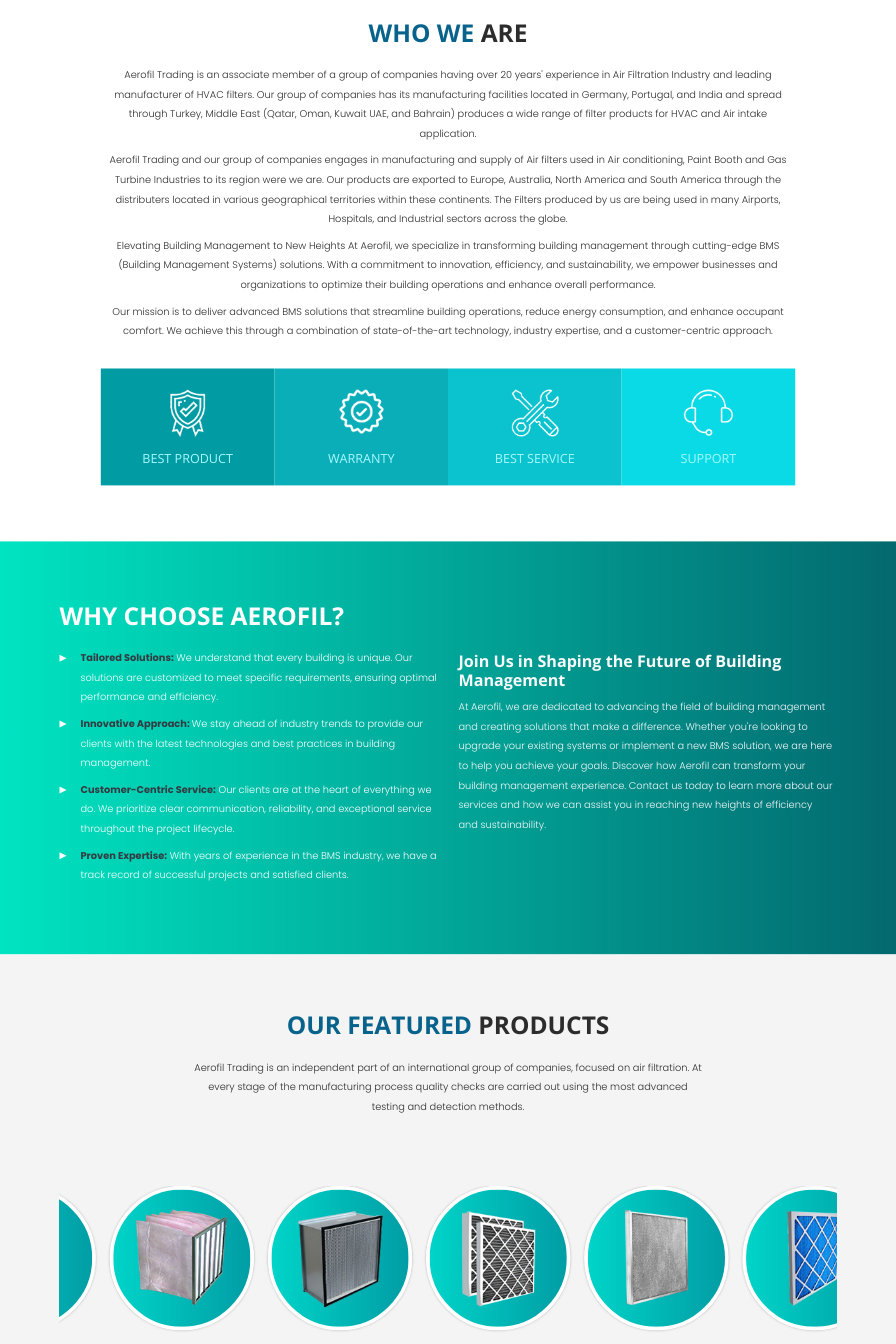
Repository: aslamvrtly/aerofil
Page: index.html
These files come from the project's save history. The page is drawn as it stood at one moment and after the next save; the edit follows.
The browser window is 1280 px wide. The pictures show the part of the page from y = 768 to 2688 px (the page is 5238 px tall), at 70% of full size.

Above is the page before, as saved 2024-09-04 21:08:23.

After the next save:
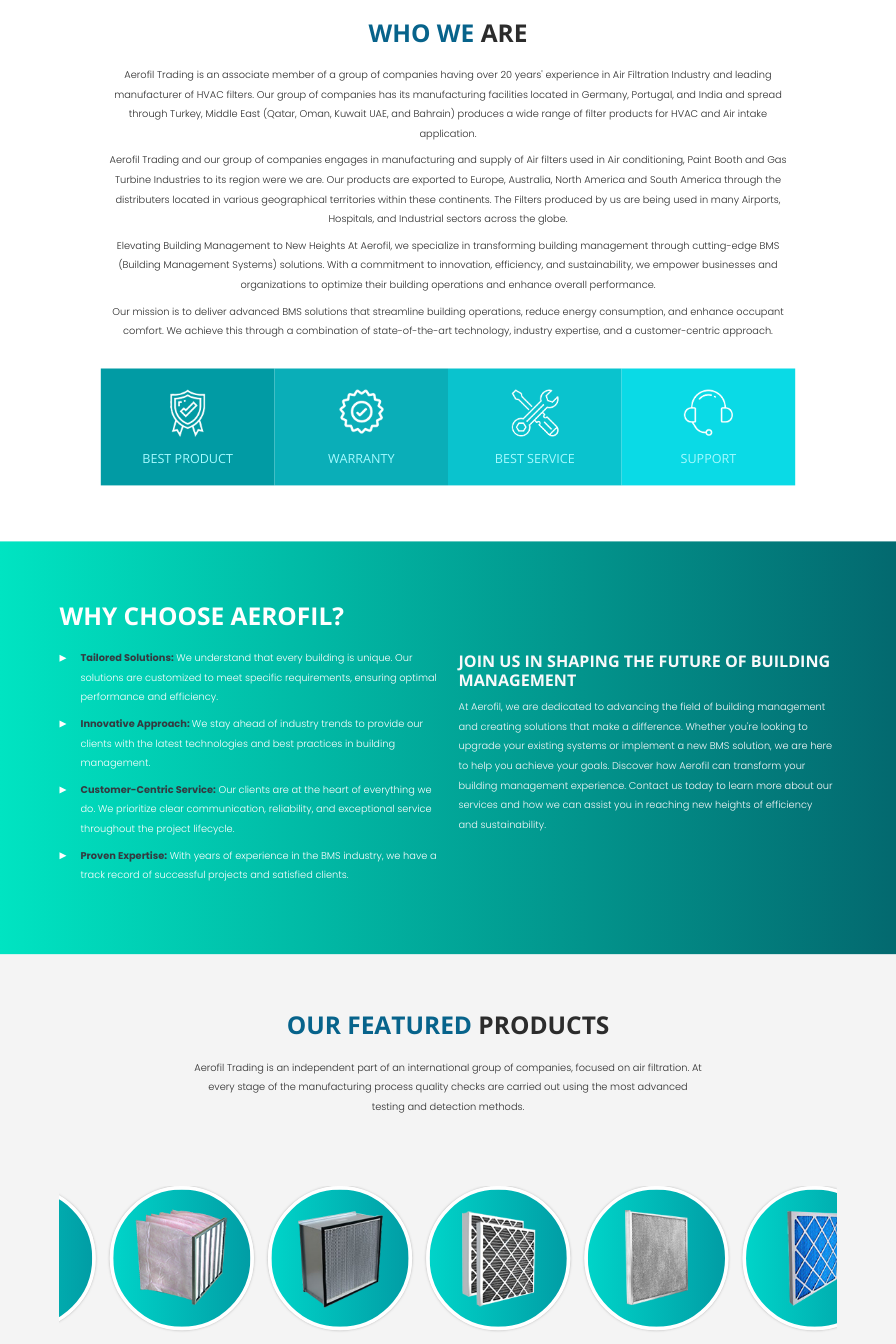
Saved 20 s later.
--- a/index.html
+++ b/index.html
@@ -255,7 +255,7 @@
 					</ul>
 				</div>
 				<div class="col-md-6">
-					<h3 class="font-weight-bold text-light">Join Us in Shaping the Future of Building Management</h3>
+					<h3 class="font-weight-bold text-light text-uppercase">Join Us in Shaping the Future of Building Management</h3>
 					<p class="text-light">
 					At Aerofil, we are dedicated to advancing the field of building management and creating solutions
 					that make a difference. Whether you're looking to upgrade your existing systems or implement a new
